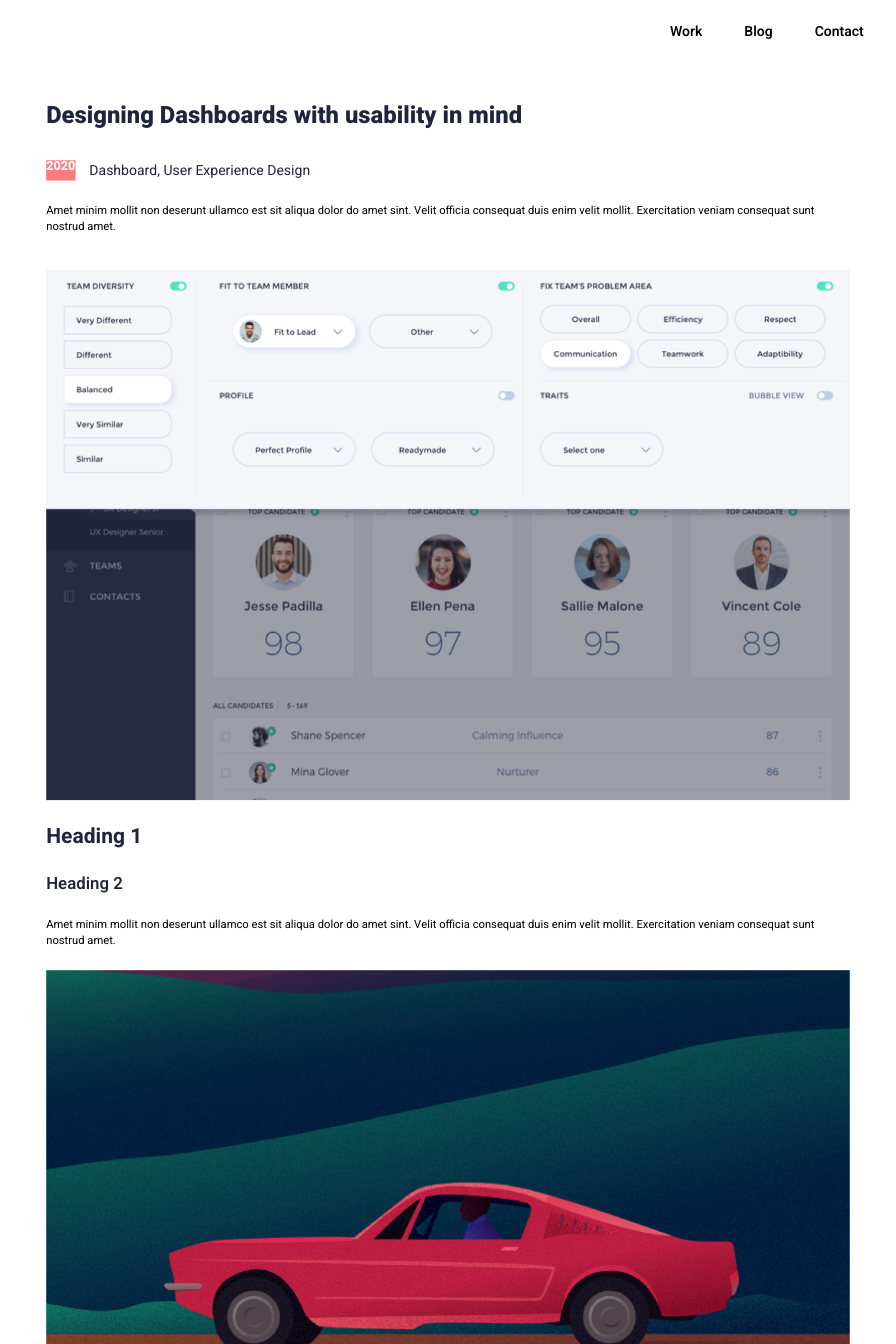
Repository: sharma171/portfolio
Page: /detailed
An editor plug-in stored every save of this project. The page is shown before and after the next save, followed by the edit.
The browser window is 1280 px wide. The pictures show the part of the page from y = 0 to 1920 px (the page is 3176 px tall), at 70% of full size.
The project was rebuilt for these pictures with package versions that can differ from the ones it lists, and the page was loaded fresh each time. The framework's server and built-in components were replaced by stand-ins that run in the browser. Also part of the build but not shown: next.config.mjs.

Above is the page before, as saved 2024-06-02 18:05:28.

### src/app/layout.js

import "./globals.css";


export const metadata = {
  title: "Portfolio Website",
  description: "Blogging and projects site",
};

export default function RootLayout({ children }) {
  return (
    <html lang="en">
      <body>{children}</body>
    </html>
  );
}

### src/app/detailed/layout.jsx
import "../../app/globals.css";

export const metadata = {
    title: "Portfolio Website",
    description: "Blogging and projects site",
};

export default function RootLayout({ children}) {
    return (
        <html lang="en">
            <body>
                {children}
            </body>
        </html>
    );
}

### src/app/detailed/page.jsx
import React from "react";
import Image from "next/image";
import "../page.css"
import Header from "../../components/Header"
import Footer from "../../components/Footer"
import Featured1 from "../../../public/work/detailedOne.png";
import Featured2 from "../../../public/work/detailedTwo.png";
import Featured3 from "../../../public/work/detailedThree.png";

export default function DetailPage() {
    return (
        <>
        <Header />
        <section className="detailed">
            <div className="container">
                <div className="detailed-inner">
                    <h1 className="main-heading">
                    Designing Dashboards with usability in mind
                    </h1>
                    <div className="det-row">
                        <span className="date">2020</span>
                        <span className="topic">Dashboard, User Experience Design</span>
                    </div>
                    <h2 className="subheading">
                        Amet minim mollit non deserunt ullamco est sit aliqua dolor do amet sint. Velit officia consequat duis enim velit mollit. Exercitation veniam consequat sunt nostrud amet.
                    </h2>
                    <Image src={Featured1} alt="featured" className="full-w-thumb" />
                    <h1>Heading 1</h1>
                    <h2>Heading 2</h2>
                    <p className="subheading">
                        Amet minim mollit non deserunt ullamco est sit aliqua dolor do amet sint. Velit officia consequat duis enim velit mollit. Exercitation veniam consequat sunt nostrud amet.
                    </p>
                    <Image src={Featured2} alt="featured" className="full-w-thumb" />
                    <Image src={Featured3} alt="featured" className="full-w-thumb" />
                </div>
            </div>
        </section>
        <Footer />
        </>
    );
}

### src/app/globals.css
@import url('https://fonts.googleapis.com/css2?family=Heebo:wght@100..900&display=swap');

:root {
  --max-width: 1180px;
  --border-radius: 12px;
  --font-mono: ui-monospace, Menlo, Monaco, "Cascadia Mono", "Segoe UI Mono",
    "Roboto Mono", "Oxygen Mono", "Ubuntu Monospace", "Source Code Pro",
    "Fira Mono", "Droid Sans Mono", "Courier New", monospace;
  --main-font: "Heebo", sans-serif;
  --weight--300: 300;
  --weight--400: 400;
  --weight--500: 500;
  --weight--600: 600;
  --weight--700: 700;
  --weight--800: 800;
  --weight--900: 900;
  --hero-button: #FF6464;
  --text-color: #21243D;
}

* {
  box-sizing: border-box;
  padding: 0;
  margin: 0;
}

html,
body {
  max-width: 100vw;
  overflow-x: hidden;
  font-family: var(--main-font);
}

a {
  color: inherit;
  text-decoration: none;
}
.container {
  max-width: var(--max-width);
  margin: 0 auto;
  padding: 0 1rem;
}
header {
  background: #fff;
}
header .header-logo {
  width: 1rem;
  height: auto;
}
.nav {
  display: flex;
  flex-direction: row;
  justify-content:space-between;
  max-width: 1280px;
  margin: 0 auto;
  padding: 0 1rem;
}
.navMenu {
  display: flex;
  flex-direction: row;
  align-items: center;
}
.navMenu .navLink {
  font-size: 1.25rem;
  font-weight: var(--weight--600);
  color: var(--primary-color);
  margin: 30px;
}
/* ------------------------ Footer ---------------------------------------- */
footer {
  background: #fff;
  padding: 50px 0;
}

footer .footer-inner {
  display: flex;
  flex-direction: column;
  justify-content: center;
  align-items: center;
  gap: 18px;
}
footer .social-row {
  display: flex;
  flex-direction: row;
  justify-content: space-between;
  align-items: center;
  gap: 35px;
}
footer .social-row .social .social-img {
  width: 30px;
  image: 30px;
}
footer .footer-inner .copyright {
  font-size: 15px;
}

### src/app/page.css
.main {
  display: flex;
  flex-direction: column;
  min-height: 100vh;
}
/* ----------------- hero section ----------------- */
.hero .hero-row {
  display: flex;
  flex-direction: row;
}
.hero .hero-lhs {
  width: 70%;
}
.hero .hero-lhs .hero-cta {
  display: flex;
  flex-direction: column;
  gap: 40px;
  margin-top: 140px;
  margin-bottom: 70px;
}
.hero .hero-lhs .hero-cta .main-head {
  font-size: 44px;
  line-height: 3.75rem;
  font-weight: 700;
}
.hero .hero-lhs .hero-cta .sub-head {
  font-size: 16px;
  line-height: 1.5rem;
  font-weight: 400;
  max-width: 500px;
}
.hero .hero-lhs .hero-cta .cta-button {
  padding: 14px 20px;
  font-size: 1.15rem;
  line-height: 19px;
  font-weight: 500;
  font-family: "Heebo", sans-serif;
  margin-right: auto;
  background: var(--hero-button);
  color: #fff;
  border: none;
}
.hero .hero-rhs {
  width: 30%;
  display: flex;
  justify-content: flex-start;
  align-items: center;
}
.hero .hero-rhs .hero-img {
  position: relative;
}
.hero .hero-rhs .hero-img .image {
  width: 283px;
  height: 283px;
  z-index: 1;

}
.hero .hero-rhs .hero-img::after {
  content: "";
  position: absolute;
  top: 13px;
  left: -5px;
  width: 283px;
  height: 283px;
  background: #EDF7FA;
  z-index: -1;
  border-radius: 300px;
}

/* -------------------------  Home Blog Section --------------------------------------- */

.home-blog {
  background: #EDF7FA;
}
.home-blog .blog-head {
  display: flex;
  flex-direction: row;
  justify-content: space-between;
  align-items: center;
  margin-top: 7px;
}
.home-blog .blog-head .heading {
  font-size: 22px;
  line-height: 60px;
  font-weight: 400;
  color: var(--text-color);
}
.home-blog .blog-head .more-link {
  font-size: 16px;
  font-weight: 400;
  color: #00A8CC;
}

/* ----------------------- Blog Carousel ----------------------------------------- */
.blog-carousel .blog-image {
  display: none;
}
.blog-carousel {
  display: flex;
  flex-direction:row;
  overflow: hidden;
  max-width: 100%;
  padding-bottom: 32px;
}
.blog-carousel .blog-item {
  background-color: #fff;
  box-shadow: #bbe1fa3d 0 4px 10px 0;
  padding: 25px;
  display: flex;
  flex-direction: column;
  gap: 25px;
}
.blog-carousel .blog-item:nth-child(odd){
  margin-right: 10px;
}
.blog-carousel .blog-item:nth-child(even) {
  margin-left: 10px;
}
.blog-carousel .blog-item .blog-item-head {
  /* margin-bottom: 17px; */
}
.blog-carousel .blog-item .blog-item-head .head {
  font-size: 32px;
  line-height: 1.3em;
  font-weight: 700;
  color: var(--text-color);
}
.blog-carousel .blog-info {
  display: flex;
  flex-direction: row;
  gap: 25px;
  /* margin-bottom: 11px; */
}
.blog-carousel .blog-info .divline {
  width: 1px;
  height: 15.799999999999958px;
  margin-top: 4px;
  background: var(--text-color);
}
.blog-carousel .blog-info .date {
  font-size: 18px;
  line-height: 26px;
  color: var(--text-color);
  font-weight: 400;
}
.blog-carousel .blog-info .author {
  font-size: 18px;
  line-height: 26px;
  color: var(--text-color);
  font-weight: 400;
}
.blog-carousel .blog-info .blog-para .para{
  font-size: 16px;
  line-height: 24px;
  color: var(--text-color);
  font-weight: 400;
}

/* ---------------------------- Featured Works -------------------------------------------------------------------- */

.featured-home {
  background: #fff;
}
.featured-home .top-heading {
  display: flex;
  flex-direction: row;
  justify-content: space-between;
  align-items: center;
  margin-top: 17px;
  margin-bottom: 22px;
}
.featured-home .top-heading .head {
  font-size: 22px;
  color: var(--text-color);
  line-height: 60px;
  font-weight: 500;
}
.workcards {
  display: flex;
  flex-direction: column;
  gap: 40px;
  padding-bottom: 80px;
}
.workcards .card-item {
  display: flex;
  flex-direction: row;
  position: relative;
}
.workcards .card-item::after{
  content: "";
  position: absolute;
  top: calc(100% + 20px);
  left: 0;
  width: 100%;
  height: 1px;
  background: #E0E0E0;
}
.workcards .card-item .card-thumb {
  width: 250px;
  height: 180px;
  margin-right: 18px;
}
.workcards .card-item .card-thumb .thumb-img {
  width: 250px;
  height: 180px;
  object-fit: cover;
  border-radius:6px;
}
.workcards .card-item .card-info {
  display: flex;
  flex-direction: column;
  margin-left: 18px;
  gap: 24px;
}
.workcards .card-item .card-info .heading {
  font-size: 32px;
  font-weight: 800;
  line-height: 30px;
  color: var(--text-color);
}
.workcards .card-item .card-info .info-row {
  display: flex;
  flex-direction: row;
  gap: 25px;
}
.workcards .card-item .card-info .info-row .date {
  font-size: 18px;
  line-height: 17px;
  font-weight: 900;
  padding: 6px 10px 5px 10px;
  border-radius: 16px;
  color: #fff;
  background: #142850;
}
.workcards .card-item .card-info .info-row .topic {
  font-size: 20px;
  color: #8695A4;
}
.workcards .card-item .card-info .info-para {
  font-size: 18px;
  line-height: 24px;
  color: #21243D;
  font-weight: 400;
  width: 90%;
}
/* ------------------------------ Category Pages -------------- */
.work-category .container {
  max-width: 900px;
}
.blog-category .container {
  max-width: 900px;
}
.cat-head {
  padding-top: 80px;
  padding-bottom: 25px;
}
.cat-head h3 {
  font-size: 44px;
  line-height: 60px;
  font-weight: 700;
}
.blog-cards {
  display: flex;
  flex-direction: column;
  gap: 60px;
  padding-bottom: 80px;
}
.blog-cards .card-item {
  display: flex;
  flex-direction: column;
  gap: 10px;
  position: relative;
}
.blog-cards .card-item::after {
  content: "";
  position: absolute;
  top: calc(100% + 30px);
  left: 0;
  width: 100%;
  height: 1px;
  background: #E0E0E0;
}
.blog-cards .card-item .info-row .width-div {
  width: 1px;
  height: 15.799999999999958px;
  margin-top: 4px;
  background: var(--text-color);
}
.blog-cards .card-item .heading {
  font-size: 30px;
  font-weight: 600;
  line-height: 44px;
  color: var(--text-color);
}
.blog-cards .card-item .info-row {
  display: flex;
  flex-direction: row;
  gap: 20px;
}
.blog-cards .card-item .info-row .date {
  font-size: 20px;
  line-height: 29px;
  color: var(--text-color);
  font-weight: 400;
}
.blog-cards .card-item .info-row .topic {
  font-size: 20px;
  line-height: 29px;
  color: #8695A4;
  font-weight: 400;
}
.blog-cards .card-item .info-para {
  font-size: 16px;
  line-height: 24px;
  color: var(--text-color);
}
/* --------------------------- Detailed Page ------------------------------------------------------------- */
.detailed .detailed-inner {
  display: flex;
  flex-direction: column;
  gap: 30px;
  padding-top: 50px;
  padding-bottom: 30px;
}
.detailed .detailed-inner h1.main-heading {
  font-size: 34px;
  line-height: 50px;
  font-weight: 800;
  margin-bottom: 10px;
  color: var(--text-color);
}
.detailed .detailed-inner .det-row {
  display: flex;
  flex-direction: row;
  gap: 20px;
}
.detailed .detailed-inner .det-row .date {
  font-size: 18px;
  font-weight: 800;
  color:#fff;
  line-height: 17px;
  background: #FF7C7C;
}
.detailed .detailed-inner .det-row .topic {
  font-size: 20px;
  line-height: 29px;
  font-weight: 400;
  color: var(--text-color);
}
.detailed .detailed-inner h2.subheading {
  font-size: 16px;
  line-height: 24px;
  color: #000;
  font-weight: 400;
}
.detailed .detailed-inner .full-w-thumb {
  width: 100%;
  height:auto;
  aspect-ratio: 680/460;
  object-fit: cover;
}
.detailed .detailed-inner h1 {
  font-size:30px;
  line-height: 45px;
  color: var(--text-color);
  font-weight: 700;
}
.detailed .detailed-inner h2 {
  font-size: 24;
  line-height: 30px;
  color: var(--text-color);
  font-weight: 600;
}

### src/components/Header.jsx
import React from "react";
import "../app/globals.css";

const navLink = [
    {
        name: "Work",
        link: "/"
    },
    {
        name: "Blog",
        link: "/blog"
    },
    {
        name: "Contact",
        link: "/contact"
    },
]

const Header = () => {
    return(
        <header>
            <nav className="nav">
                <a href="/">

                </a>
                <div className="navMenu">
                    {navLink.map((item, index) => (
                        <a href={item.link} className="navLink" key={index}>{item.name}</a>
                    ))}
                </div>
            </nav>
        </header>
    )
}

export default Header;

### src/components/Footer.jsx
import React from "react";

import Image from "next/image"

import FacebookIcon from "../../public/social/facebook.svg"
import InstagramIcon from "../../public/social/instagram.svg"
import TwitterIcon from "../../public/social/twitter.svg"
import LinkedinIcon from "../../public/social/Linkedin.svg"

const Footer = () => {
    return(
        <>
        <footer>
            <div className="container">
                <div className="footer-inner">
                    <div className="social-row">
                        <a href="" className="social">
                            <Image src={FacebookIcon} alt="icon" className="social-img" />
                        </a>
                        <a href="" className="social">
                            <Image src={InstagramIcon} alt="icon" className="social-img" />
                        </a>
                        <a href="" className="social">
                            <Image src={TwitterIcon} alt="icon" className="social-img" />
                        </a>
                        <a href="" className="social">
                            <Image src={LinkedinIcon} alt="icon" className="social-img" />
                        </a>
                    </div>
                    <span className="copyright">
                        Copyright ©2020 All rights reserved
                    </span>
                </div>
            </div>
        </footer>
        </>
    )
};
export default Footer;

After the next save:
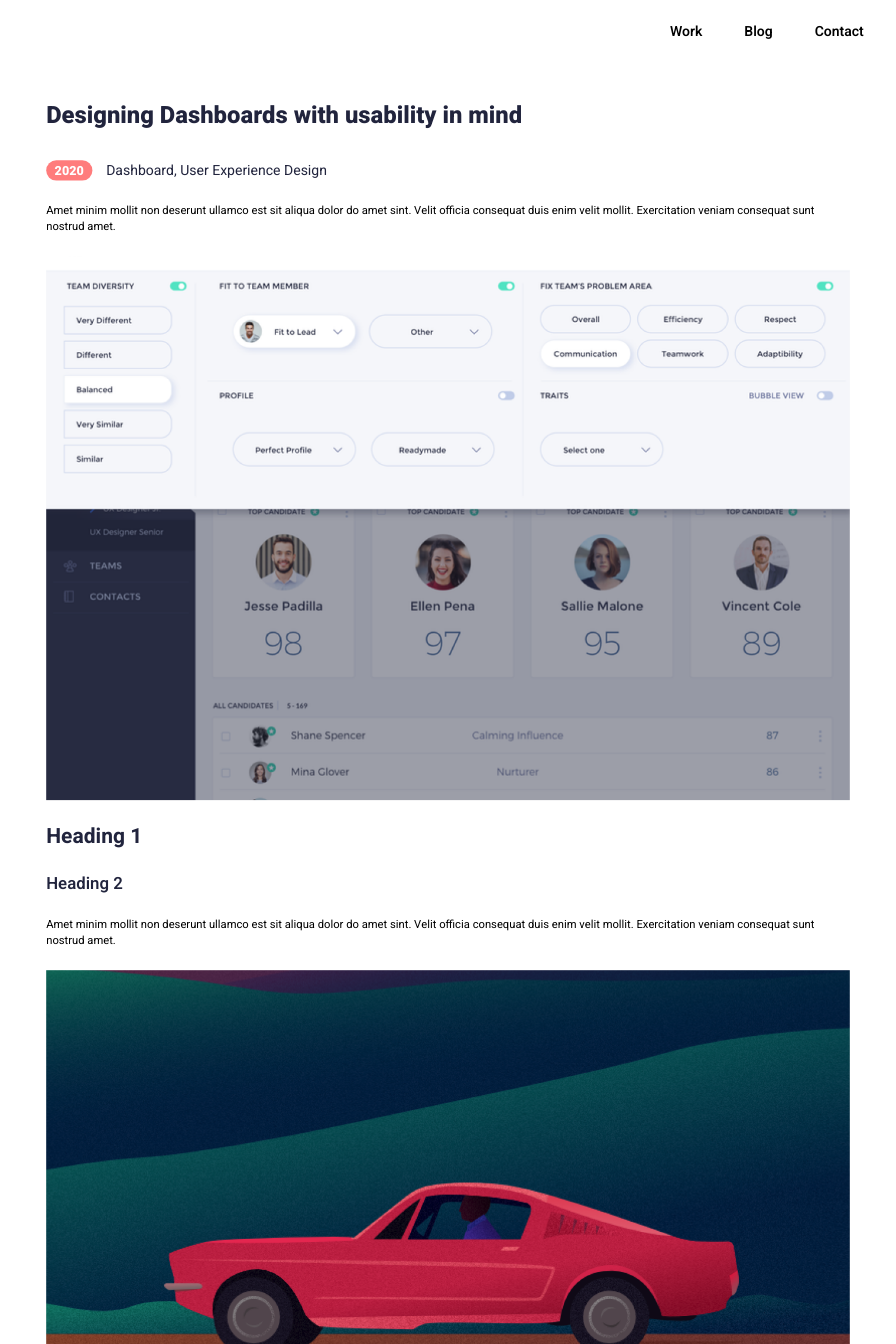
Saved 3 min 17 s later.
--- a/src/app/page.css
+++ b/src/app/page.css
@@ -337,9 +337,11 @@
 .detailed .detailed-inner .det-row .date {
   font-size: 18px;
   font-weight: 800;
-  color:#fff;
+  padding: 7px 12px 4px 12px;
+  color: #fff;
   line-height: 17px;
   background: #FF7C7C;
+  border-radius: 50px;
 }
 .detailed .detailed-inner .det-row .topic {
   font-size: 20px;
